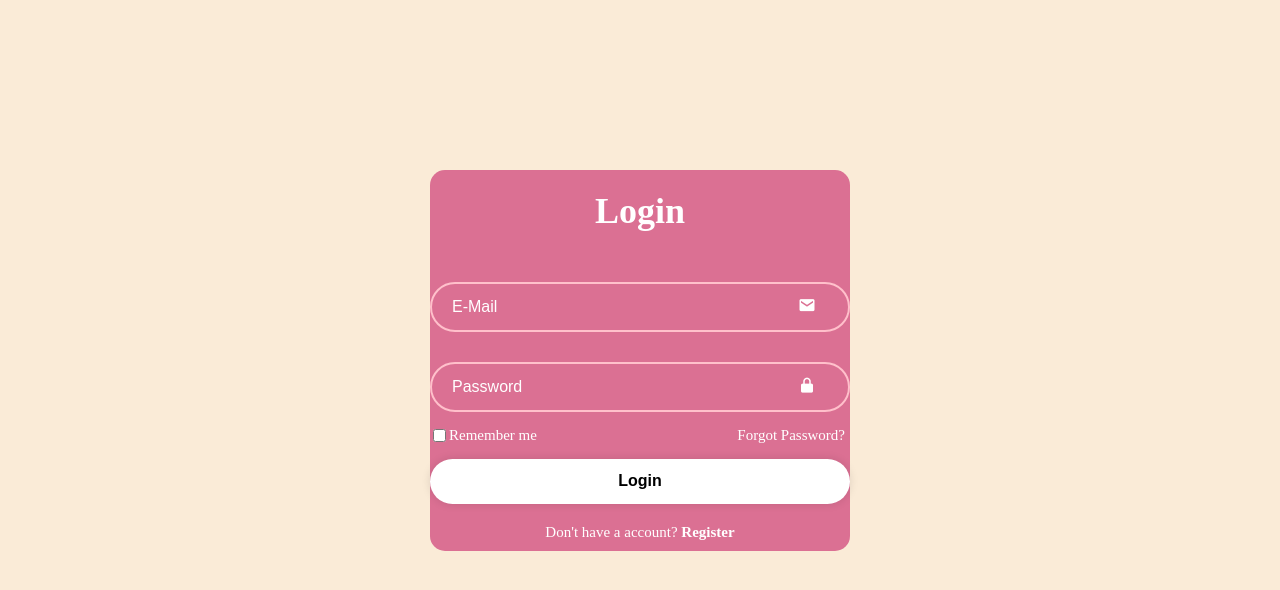
Repository: Kubraaygun/Html_Css_Login
Page: index.html
These files come from the project's save history. The page is drawn as it stood at one moment and after the next save; the edit follows.
The browser window is 1280 px wide. The pictures show the whole page.

Above is the page before, as saved 2025-03-05 20:51:25.

### index.html
<!DOCTYPE html>
<html lang="en">
  <head>
    <meta charset="UTF-8" />
    <meta name="viewport" content="width=device-width, initial-scale=1.0" />
    <title>HTML</title>
    <link rel="stylesheet" href="style.css" />

    <!-- Boxicons CSS -->

    <link
      href="https://unpkg.com/boxicons@2.1.4/css/boxicons.min.css"
      rel="stylesheet"
    />
  </head>

  <body>
    <div class="container">
      <form action="">
        <!-- Baslik -->
        <h1 class="login">Login</h1>

        <!-- input alanimiz -->

        <!-- surname -->
        <div class="input-box">
          <input type="email" required placeholder="E-Mail" />
          <i class="bx bxs-envelope"></i>
        </div>

        <!-- Password -->
        <div class="input-box">
          <input type="password" required placeholder="Password" />
          <i class="bx bxs-lock-alt"></i>
        </div>

        <!-- Remember me Alani -->
        <div class="remember-me">
          <label>
            <input class="checkbox" type="checkbox" />Remember
            <span>&nbsp;</span>me
          </label>
          <a class="forgotPassword" href="">Forgot Password?</a>
        </div>

        <!-- Button -->
        <button type="submit" class="button">Login</button>

        <!-- Register Link -->
        <div class="register-link">
          <p>
            Don't have a account? <a class="registerlink" href="#"> Register</a>
          </p>
        </div>
      </form>
    </div>
  </body>
</html>

### style.css
* {
  margin: 0;
  padding: 0;
  box-sizing: border-box;
}

body {
  display: flex;
  justify-content: center;
  align-items: center;
  min-height: 100vh; /* vh: Tarayici penceresinin yuksekligine gore yuzde olarak boyut belirler. 1vh pencere yuksekliginin %1ine esittir */
  background-color: antiquewhite;
}

.container {
  width: 420px;
  background-color: palevioletred;
  color: white;
  border-radius: 15px;
}

.login {
  font-size: 36px;
  text-align: center;
  padding: 20px 0;
}
.input-box {
  position: relative; /*Bu, elemanı normal akışta tutar ama bulunduğu yerden kaydırabilirsin.
  Diğer öğeleri etkilemez, sadece bu öğenin konumunu değiştirmek için kullanılır. Eleman normal akışta kalır, ama konumunu kaydırmanı sağlar.*/
  width: 100%;
  height: 50px;
  margin: 30px 0;
}

input {
  width: 100%;
  height: 100%;
  background-color: transparent;
  border: none;
  outline: none;
  border: 2px solid pink;
  border-radius: 30px;
  font-size: 16px;
  color: purple;
  padding: 20px;
}
input:hover {
  background-color: pink;
}
input::placeholder {
  color: #fff;
}
i {
  position: absolute; /*Bu, elemanı normal akıştan çıkarır ve en yakın konumlandırılmış üst öğe (mesela relative, absolute vb.) göre yerleştirir. Eğer böyle bir öğe yoksa, sayfanın köşesine (body) göre yerleşir.
 Öğeyi tam olarak istediğin yere yerleştirirsin, ama o öğe çevresindeki diğer öğelerden bağımsız olur.Elemanı normal akıştan çıkarıp, belirlediğin bir yere yerleştirir.*/
  right: 20px;
  padding: 14px;
  font-size: 18px;
}

.remember-me {
  display: flex;
  justify-content: space-between;
  font-size: 15px;
  margin: -15px 0 15px;
}

label {
  display: flex;
  align-items: center;
}

.checkbox {
  accent-color: purple;
  margin: 0 3px 0 3px;
}
.forgotPassword {
  color: #fff;
  text-decoration: none;
  margin-right: 5px;
}

.forgotPassword:hover {
  text-decoration: underline;
}

.button {
  width: 100%;
  height: 45px;
  background-color: #fff;
  border: none;
  outline: none;
  border-radius: 40px;
  box-shadow: 0 0 10px rgba(0, 0, 0, 0.12);
  cursor: pointer;
  font-size: 16px;
  font-weight: 600;
}

.register-link {
  font-size: 15px;
  text-align: center;
  margin: 20px 0 10px 0;
}

.registerlink {
  color: #fff;
  text-decoration: none;
  font-weight: 600;
}

.registerlink:hover {
  text-decoration: underline;
}

After the next save:
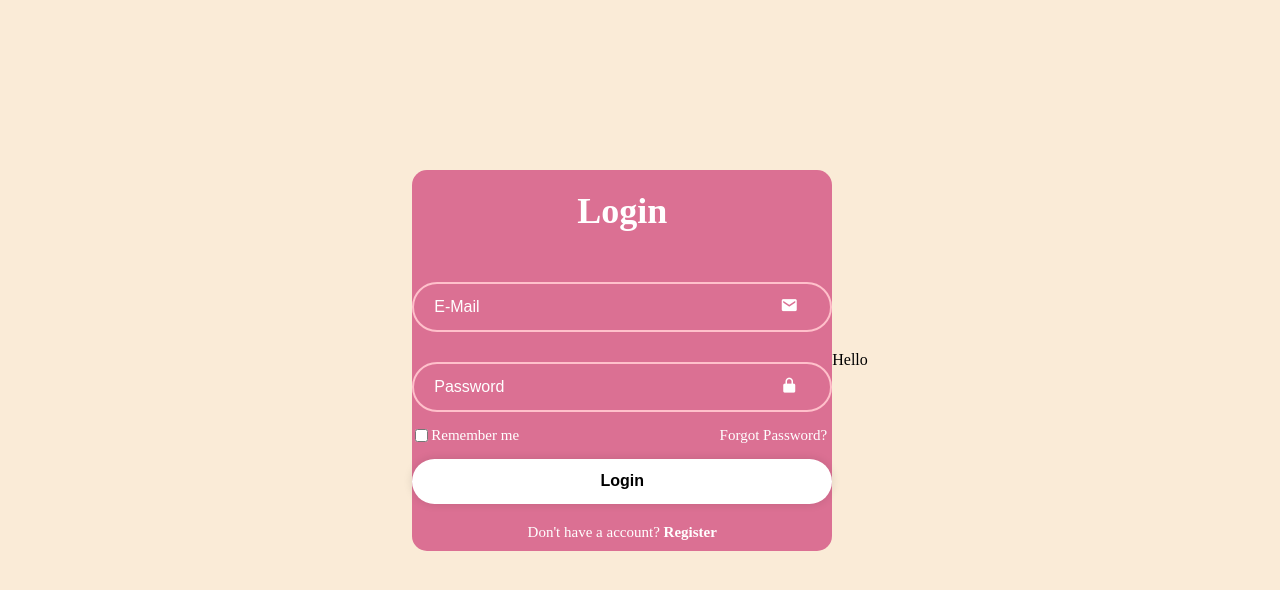
Saved 5 min 3 s later.
--- a/index.html
+++ b/index.html
@@ -54,5 +54,9 @@
         </div>
       </form>
     </div>
+
+    <div>
+      <p>Hello</p>
+    </div>
   </body>
 </html>
